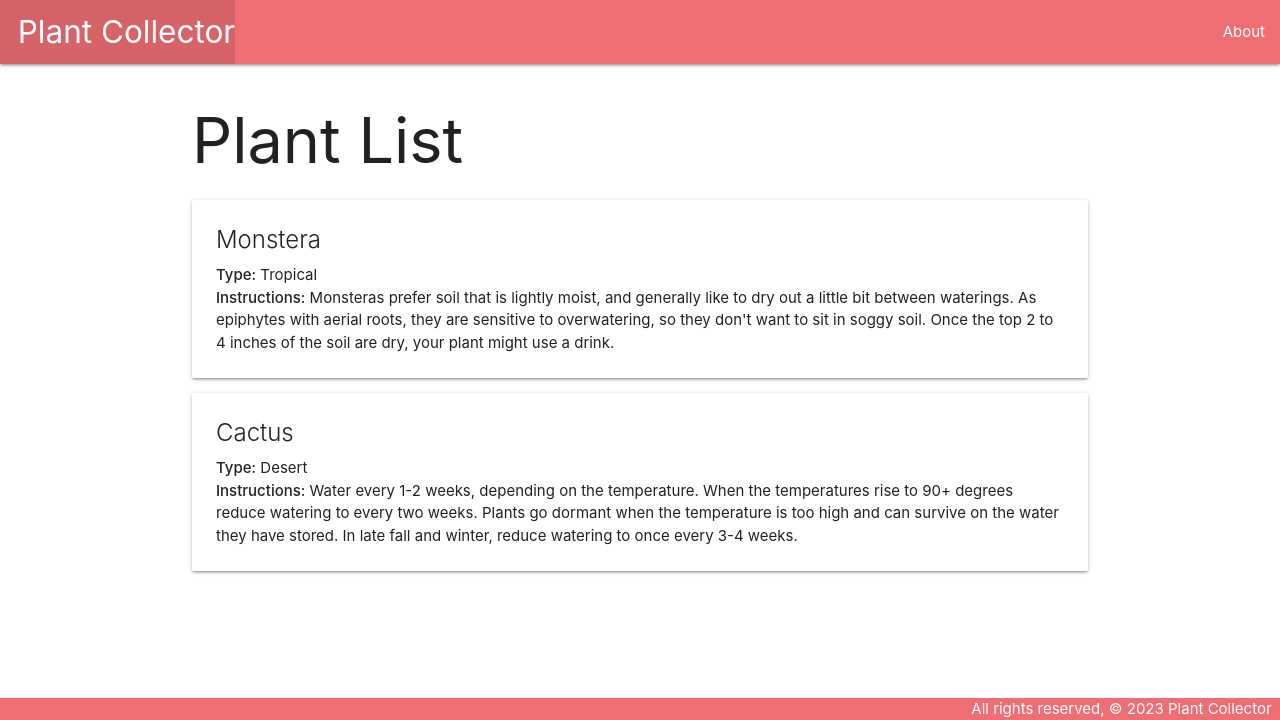
Repository: thecoachanna/plant-collector
Page: http://localhost/plants/
These files come from the project's save history. The page is drawn as it stood at one moment and after the next save; the edit follows.
The browser window is 1280 px wide. The pictures show the whole page.
The page is served by the project's application, run on Django 4.2 (manage.py). Other server files are loaded and not shown. The page reads the database file committed with the project.

Above is the page before, as saved 2023-03-11 15:39:38.

### main_app/templates/plants/index.html
{% extends 'base.html' %}
{% block content %}

<h1>Plant List</h1>

{% for plant in plants %}
  <div class="card">

    <div class="card-content">
      <span class="card-title">{{ plant.name }}</span>
      <p><strong>Type:</strong> {{ plant.type }}</p>
      <p><strong>Instructions:</strong> {{plant.instructions}}</p>
    </div>
  </div>
{% endfor %}
{% endblock %}

### main_app/templates/base.html
{% load static %}
<!DOCTYPE html>
<html lang="en">
<head>
    <meta charset="UTF-8">
    <meta http-equiv="X-UA-Compatible" content="IE=edge">
    <meta name="viewport" content="width=device-width, initial-scale=1.0">
    <title>Plant Collector</title>
    <link rel="stylesheet" href="https://cdnjs.cloudflare.com/ajax/libs/materialize/1.0.0/css/materialize.min.css">
    <script src="https://cdnjs.cloudflare.com/ajax/libs/materialize/1.0.0/js/materialize.min.js"></script>
    <link rel="stylesheet" type="text/css" href="{% static 'css/style.css' %}">
</head>
<body>
    <header class="navbar-fixed">
        <nav>
            <div class="nav-wrapper">
                <ul>
                    <li><a href="/" class="left brand-logo">&nbsp;&nbsp;Plant Collector</a></li>
                </ul>
                <ul class="right">
                    <li><a href="{% url 'about' %}">About</a></li>
                    {% comment %} <li><a href="{% url 'plants_create' %}">Add a Plant</a></li>
                    <li><a href="{% url 'index' %}">View All My Plants</a></li> {% endcomment %}
                </ul>
            </div>
        </nav>
    </header>
    <main class="container">
        {% block content %}
        {% endblock %}
    </main>
    <footer class="page-footer">
        <div class="right">All rights reserved, &copy; 2023 Plant Collector &nbsp;</div>
    </footer>
</body>
</html>

### main_app/models.py
from django.db import models

# Create your models here.
class Plant(models.Model):
    name = models.CharField(max_length=100, default='')
    type = models.CharField(max_length=100, default='')
    instructions = models.TextField(max_length=400, default='')

    # dunder str method return plant name
    def __str__(self):
        return self.name

### main_app/views.py
from django.shortcuts import render
from .models import Plant

# Create your views here.
# View functions match URLs to code like Controllers in Express
# define home view function
def home(request):
    return render(request, 'home.html')

# define about view function
def about(request):
    return render(request, 'about.html')

# index route for plants
def plants_index(request):
    # pass data to our templates through view functions - gather relations from SQL using model methods
    plants = Plant.objects.all()
    return render(request, 'plants/index.html', {'plants': plants})

# Detail route for plants
# plant_id is defined, expecting an integer in our url
def plants_detail(request, plant_id):
    plant = Plant.objects.get(id=plant_id)

    return render(request, 'plants/detail.html', { 'plant': plant })

### plantcollector/urls.py
"""plantcollector URL Configuration

The `urlpatterns` list routes URLs to views. For more information please see:
    https://docs.djangoproject.com/en/4.1/topics/http/urls/
Examples:
Function views
    1. Add an import:  from my_app import views
    2. Add a URL to urlpatterns:  path('', views.home, name='home')
Class-based views
    1. Add an import:  from other_app.views import Home
    2. Add a URL to urlpatterns:  path('', Home.as_view(), name='home')
Including another URLconf
    1. Import the include() function: from django.urls import include, path
    2. Add a URL to urlpatterns:  path('blog/', include('blog.urls'))
"""
from django.contrib import admin
from django.urls import path, include

urlpatterns = [
    path('admin/', admin.site.urls),
    # '' represents the "starts with" path
    path('', include('main_app.urls')),
]

### main_app/urls.py
from django.urls import path
from . import views

urlpatterns = [
    # using an empty string makes this the root route
    # views.home refers to a view that renders a file
    # the name='home' kwarg gives the route a name
    # naming routes is optional but best practice
    path('', views.home, name='home'),
    path('about/', views.about, name='about'),
    # path for plants
    path('plants/', views.plants_index, name='index'),
    path('plants/<int:plant_id>/', views.plants_detail, name='detail'),
]

### db.sqlite3 (the tables this page reads, as SQL)
CREATE TABLE "main_app_plant" ("id" integer NOT NULL PRIMARY KEY AUTOINCREMENT, "instructions" text NOT NULL, "name" varchar(100) NOT NULL, "type" varchar(100) NOT NULL);
INSERT INTO "main_app_plant" VALUES
(1, 'Monsteras prefer soil that is lightly moist, and generally like to dry out a little bit between waterings. As epiphytes with aerial roots, they are sensitive to overwatering, so they don''t want to sit in soggy soil. Once the top 2 to 4 inches of the soil are dry, your plant might use a drink.', 'Monstera', 'Tropical'),
(2, 'Water every 1-2 weeks, depending on the temperature. When the temperatures rise to 90+ degrees reduce watering to every two weeks. Plants go dormant when the temperature is too high and can survive on the water they have stored. In late fall and winter, reduce watering to once every 3-4 weeks.', 'Cactus', 'Desert');

Loaded but not shown: main_app/static/css/style.css (common file)

After the next save:
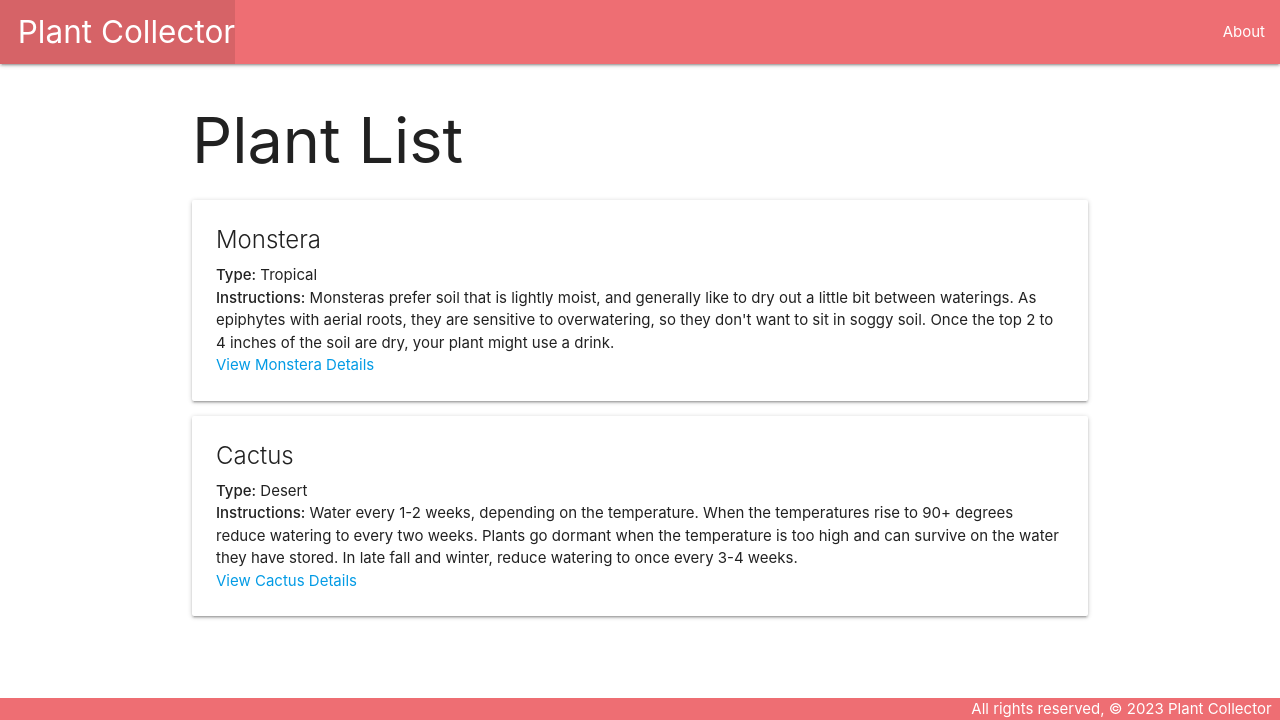
Saved 4 s later.
--- a/main_app/templates/plants/index.html
+++ b/main_app/templates/plants/index.html
@@ -10,6 +10,7 @@
       <span class="card-title">{{ plant.name }}</span>
       <p><strong>Type:</strong> {{ plant.type }}</p>
       <p><strong>Instructions:</strong> {{plant.instructions}}</p>
+      <a href='/plants/{{ plant.id }}'>View {{plant.name}} Details</a>
     </div>
   </div>
 {% endfor %}
